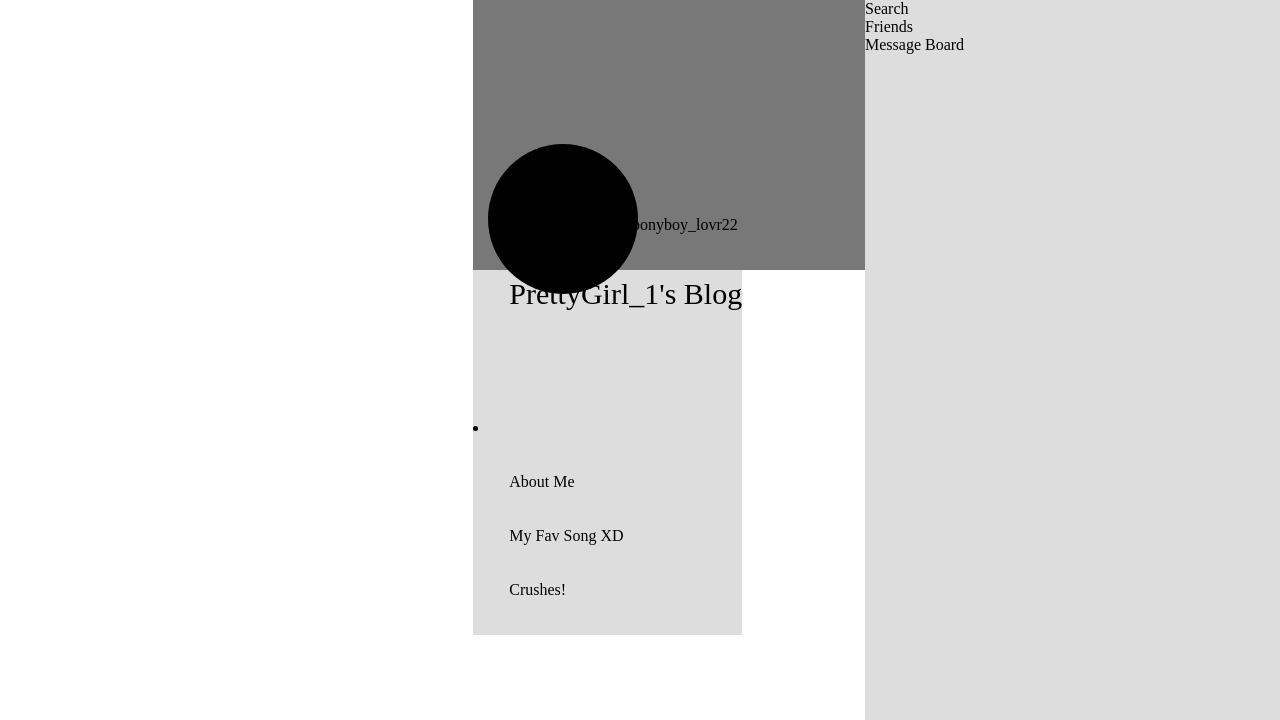
Repository: Jennica1/Frontend-Final
Page: index.html
An editor plug-in stored every save of this project. The page is shown before and after the next save, followed by the edit.
The browser window is 1280 px wide. The pictures show the whole page.

Above is the page before, as saved 2024-05-10 11:38:25.

### index.html
<!DOCTYPE html>
<html lang="en">

<head>
  <title>My Blog!!</title>
  <meta charset="UTF-8">
  <meta name="viewport" content="width=device-width, initial-scale=1">
  <link rel="stylesheet" href="style.css">

<div class="content">
  <div class="flexbox">

  <div class="sidebar-wrapper">

  <!--Side Nav Left-->
    <div class="sidebar-left">
      <img src="images/Ellipse 1.svg" class="profile" width="150px" />
      <img src="images/Rectangle 2.svg" class="background-photo" />
      <p class="username">@ponyboy_lovr22</p>
      <p class="nickname">PrettyGirl_1's Blog</p>
      <li class="sidebar-list">
        <ul class="item">About Me</ul>
        <ul class="item">My Fav Song XD</ul>
        <ul class="item">Crushes!</ul>
      </li>
    </div>
  </div>
    <!-- recents -->
    <div class="">
    </div>


  <!-- Pagination -->
  <div class="">
    <div class="">
      <a href="#" class="">«</a>
      <a href="#" class="">1</a>
      <a href="#" class="">2</a>
      <a href="#" class="">3</a>
      <a href="#" class="">4</a>
      <a href="#" class="">»</a>
    </div>
    <!--Side Nav Right-->
    <div class="sidebar-right">
      <div>Search</div>
      <div>Friends</div>
      <div>Message Board</div>
    </div>
  </div>


  </div>
</div>

</html>

### style.css
* {
  margin: 0;
  padding: 0;
}

.content {
  display: flex;
  flex-direction: column;
}

.flexbox {
  display: flex;
  flex-direction: row;
  justify-content: flex-start;
}

.sidebar-wrapper {
  display: flex;
  width: 100%;
  justify-content: center;
}

.sidebar-left {
  background-color: rgb(221, 221, 221);
  z-index: 0;
}

.profile {
  z-index: 1;
  position: absolute;
  margin-top: 20vh;
  margin-left: 2vh;
}

.background-photo {
  z-index: -5;
  position: absolute;
}

.username {
  margin-top: 30vh;
  margin-left: 20vh;
}
.nickname {
  font-size: 30px;
  margin-top: 6vh;
  margin-left: 5vh;
}
.sidebar-list {
margin-top: 15vh;
}
.item {
  margin: 5vh;
}
.header {
  position: fixed;
  top: 0;
  display: flex;
}

.content-list {
  display: flex;
  margin: 4vh;
}


.sidebar-right {
  width: 415px;
  height: 1980px;
  background-color: rgb(221, 221, 221);
  z-index: 0;
  right: 0;
  position: fixed;
  right: 0;
  top: 0;
}

After the next save:
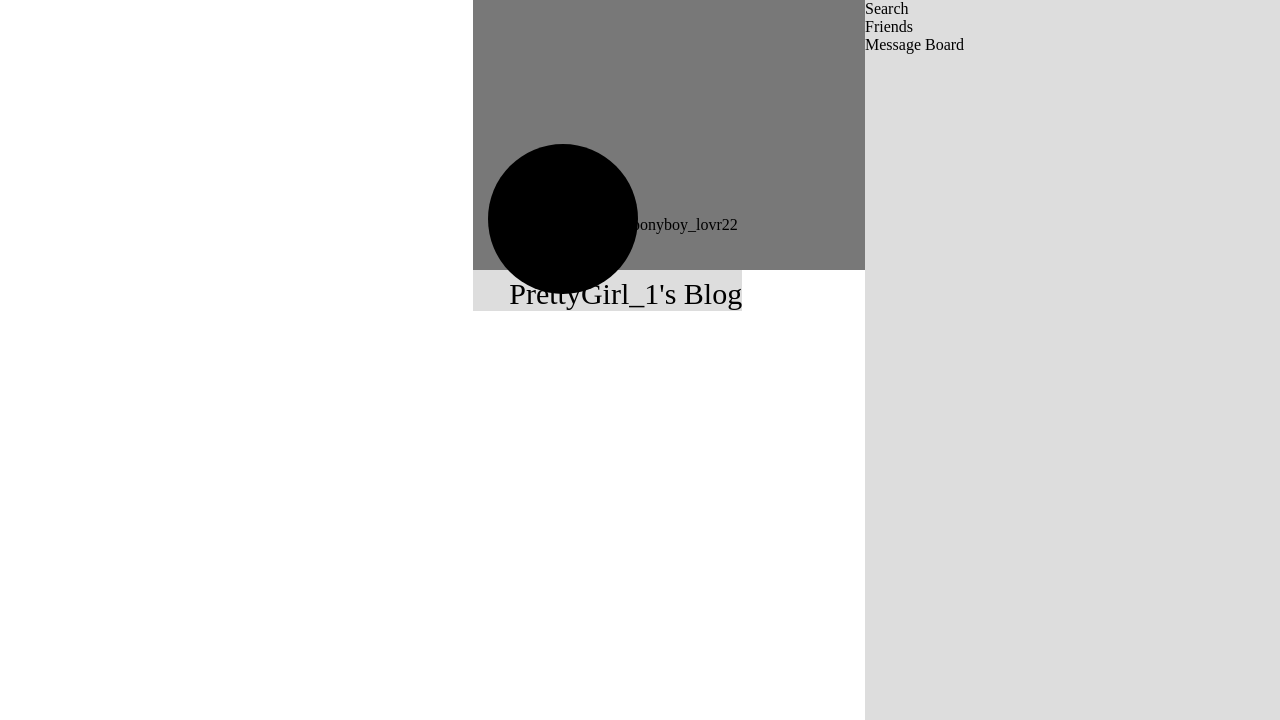
Saved 53 s later.
--- a/index.html
+++ b/index.html
@@ -18,11 +18,6 @@
       <img src="images/Rectangle 2.svg" class="background-photo" />
       <p class="username">@ponyboy_lovr22</p>
       <p class="nickname">PrettyGirl_1's Blog</p>
-      <li class="sidebar-list">
-        <ul class="item">About Me</ul>
-        <ul class="item">My Fav Song XD</ul>
-        <ul class="item">Crushes!</ul>
-      </li>
     </div>
   </div>
     <!-- recents -->

After the save that followed:
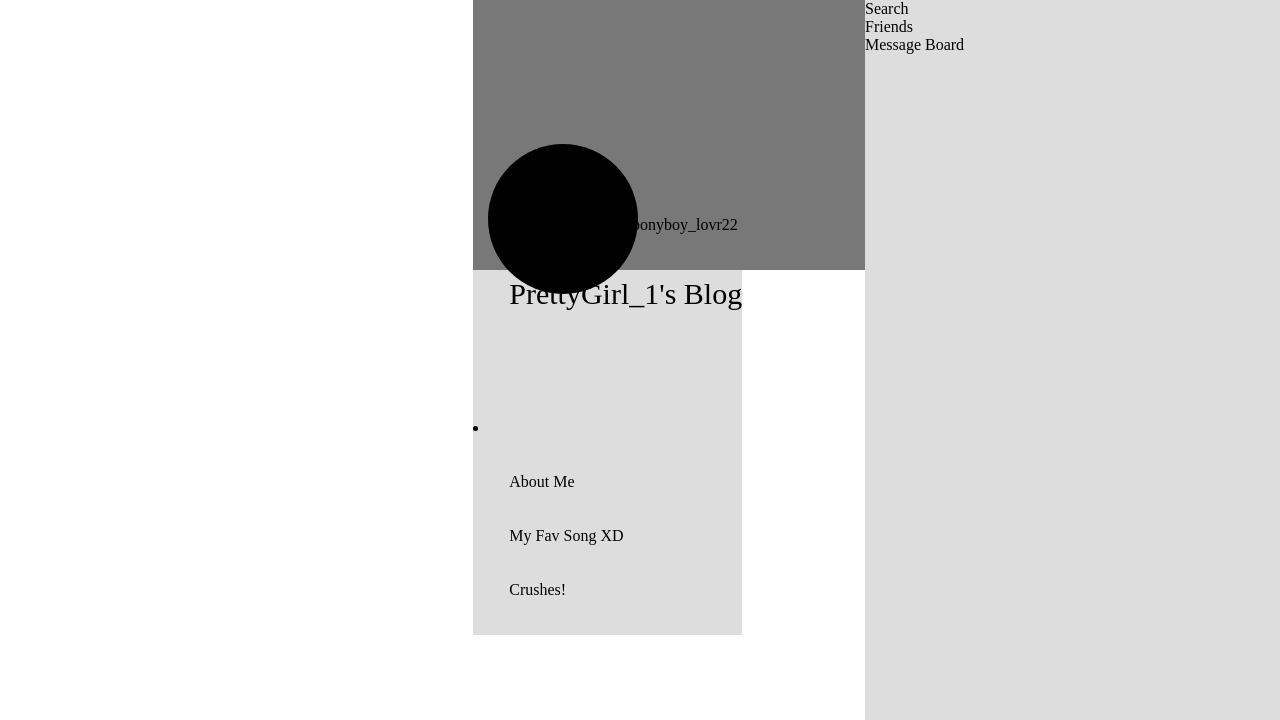
Saved 7 s later.
--- a/index.html
+++ b/index.html
@@ -18,6 +18,11 @@
       <img src="images/Rectangle 2.svg" class="background-photo" />
       <p class="username">@ponyboy_lovr22</p>
       <p class="nickname">PrettyGirl_1's Blog</p>
+      <li class="sidebar-list">
+        <ul class="item">About Me</ul>
+        <ul class="item">My Fav Song XD</ul>
+        <ul class="item">Crushes!</ul>
+      </li>
     </div>
   </div>
     <!-- recents -->
